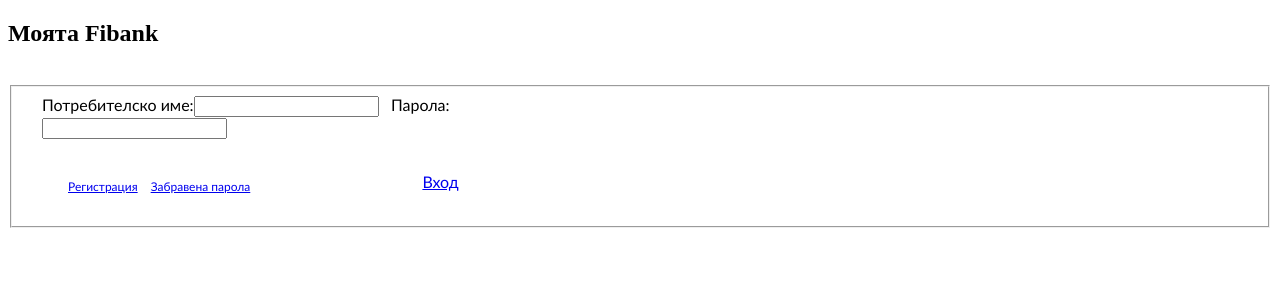
Repository: A-Mitev/E-Banking_Team_Project
Page: http://localhost/Fibank/index.jsp
The author's editor kept a copy of each file at every save. The page is drawn from the files as they stood at one save, then again after the next save.
The browser window is 1280 px wide. The pictures show the whole page.
The page is served by Tomcat 9. Other server files are loaded and not shown.

Above is the page before, as saved 2016-03-28 22:04:06.

### Fibank/WebContent/index.jsp
<%@ page language="java" contentType="text/html; charset=UTF-8"
    pageEncoding="UTF-8"%>
<!DOCTYPE html PUBLIC "-//W3C//DTD HTML 4.01 Transitional//EN" "http://www.w3.org/TR/html4/loose.dtd">
<html>
<head>
<meta http-equiv="Content-Type" content="text/html; charset=UTF-8">
<title>Insert title here</title>
</head>
<body>
<form action="Logon" method="post" id="frmLogon" name="frmLogon">
              <h2 id="FrmH2">Моята Fibank</h2>
              <br>
              <fieldset style="font-family: 'Trebuchet MS', arial, sans-serif;">
                <table style="width: 500px;">
                  <tbody><tr>
                    <td>
                      <div style="padding-left:15px; height:60px">
                        <label style="text-align:left;" id="l_username" for="UserField">Потребителско име:<input type="text" class="inputi" value="" name="fldUserId" id="UserField" autocomplete="off">
                          <span class="RequiredData" id="resUserField">&nbsp;</span>
                        </label>
                        <label style="text-align:left;" id="l_password" for="PasswordField">Парола:<input type="password" class="inputi" value="" name="fldPassword" id="PasswordField" autocomplete="off">
                          <span class="RequiredData" id="resPasswordField">&nbsp;</span>
                        </label>
                      </div>
                    </td>
                  </tr>
                  <tr>
                    <td align="left">
                      <table bgcolor="white" width="100%">
                        <tbody><tr>
                          <td style="vertical-align:middle; width:80% ">
                            <table style="font-size: 12px; margin-left:35px">
                              <tbody><tr>
                                <td>
                                  <a title="Регистрация на потребител" id="a_reg" target="_self" href="Registration">Регистрация</a>
                                </td>
                                <td style="padding-left:10px;">
                                  <a target="_self" href="../LostPassword" id="a_LostPswd">Забравена парола</a>
                                </td>
                              </tr>
                            </tbody></table>
                          </td>
                          <td>
                            <div style="height:28px; margin:10px 0; ">
                              <a onkeypress="return false" onclick="fLogon();" href="javascript:void(0);" class="button">
                                <span id="BTNL">Вход</span>
                              </a>
                            </div>
                          </td>
                        </tr>
                      </tbody></table>
                    </td>
                  </tr>
                </tbody></table>
              </fieldset>
              <input type="hidden" value="Login" name="LoginType" id="LoginType">
              <input type="hidden" value="bg" name="Lang" id="Lang">
            </form>
</body>
</html>

### Fibank/WebContent/loginForm.css
@CHARSET "ISO-8859-1";

form {
    margin: 0;
}
* {
    margin: 0;
    padding: 0;
}
element.style {
    text-align: center;
}
body {
    color: #000;
    font-family: Trebuchet MS,arial,sans-serif;
}

After the next save:
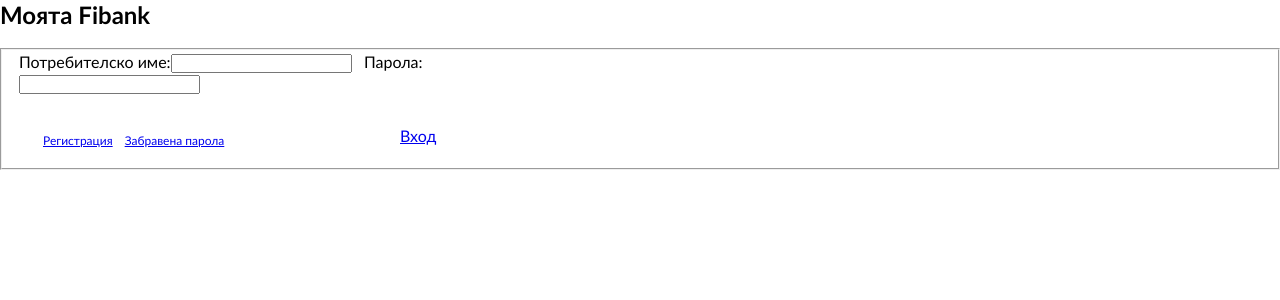
Saved 2 min 1 s later.
--- a/Fibank/WebContent/index.jsp
+++ b/Fibank/WebContent/index.jsp
@@ -8,6 +8,7 @@
 </head>
 <body>
 <form action="Logon" method="post" id="frmLogon" name="frmLogon">
+<link type="text/css" rel="stylesheet" href="loginForm.css"/>
               <h2 id="FrmH2">Моята Fibank</h2>
               <br>
               <fieldset style="font-family: 'Trebuchet MS', arial, sans-serif;">
